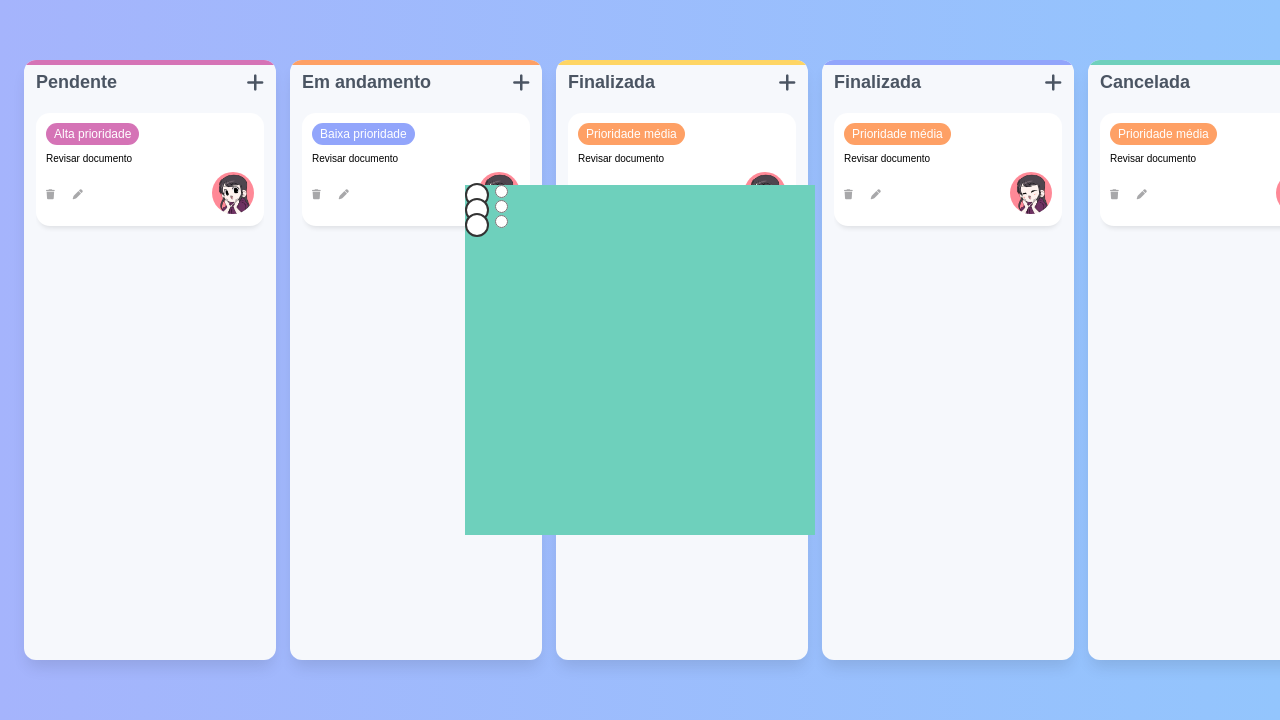
Repository: Marinalr-25/ProjetoToDoList
Page: index.html
An editor plug-in stored every save of this project. The page is shown before and after the next save, followed by the edit.
The browser window is 1280 px wide. The pictures show the whole page.
Some web fonts or font styles are not loaded; a fallback is used. Some web libraries are served in a nearby version.

Above is the page before, as saved 2024-10-31 15:43:18.

### index.html
<!DOCTYPE html>
<html lang="pt-BR">
  <head>
    <meta charset="UTF-8" />
    <meta name="viewport" content="width=device-width, initial-scale=1.0" />
    <link rel="preconnect" href="https://fonts.googleapis.com" />
    <link rel="preconnect" href="https://fonts.gstatic.com" crossorigin />
    <link
      href="https://fonts.googleapis.com/css2?family=Playpen+Sans:wght@100..800&family=Roboto:ital,wght@0,100;0,300;0,400;0,500;0,700;0,900;1,100;1,300;1,400;1,500;1,700;1,900&display=swap"
      rel="stylesheet"
    />
    <link
      rel="stylesheet"
      href="https://cdnjs.cloudflare.com/ajax/libs/font-awesome/6.6.0/css/all.min.css"
      integrity="sha512-Kc323vGBEqzTmouAECnVceyQqyqdsSiqLQISBL29aUW4U/M7pSPA/gEUZQqv1cwx4OnYxTxve5UMg5GT6L4JJg=="
      crossorigin="anonymous"
      referrerpolicy="no-referrer"
    />
    <link rel="stylesheet" href="css/style.css" />
    <title>Suas tarefas</title>
  </head>
  <body>
    <main class="kanban">
      <!-- coluna 1 -->
      <div class="kanban-column" data-id="1">
        <div class="kanban-title">
          <h2>Pendente</h2>
          <button class="add-card"><i class="fa-solid fa-plus"></i></button>
        </div>
        <div class="kanban-cards">
          <div class="kanban-card" draggable="true">
            <div class="badge high">
              <span>Alta prioridade</span>
            </div>
            <p class="card-title">Revisar documento</p>
            <div class="card-infos">
              <div class="card-icons">
                <p>
                  <i class="fa-solid fa-trash"></i>
                </p>
                <p>
                  <i class="fa-solid fa-pen"></i>
                </p>
              </div>
              <div class="user">
                <img src="images/iconePerfil1.png" alt="avatar1" />
              </div>
            </div>
          </div>
        </div>
      </div>
      <!-- coluna 2 -->
      <div class="kanban-column" data-id="2">
        <div class="kanban-title">
          <h2>Em andamento</h2>
          <button class="add-card"><i class="fa-solid fa-plus"></i></button>
        </div>
        <div class="kanban-cards">
          <div class="kanban-card" draggable="true">
            <div class="badge low">
              <span>Baixa prioridade</span>
            </div>
            <p class="card-title">Revisar documento</p>
            <div class="card-infos">
              <div class="card-icons">
                <p>
                  <i class="fa-solid fa-trash"></i>
                </p>
                <p>
                  <i class="fa-solid fa-pen"></i>
                </p>
              </div>
              <div class="user">
                <img src="images/iconePerfil2.png" alt="avatar2" />
              </div>
            </div>
          </div>
        </div>
      </div>
      <!-- coluna 3 -->
      <div class="kanban-column" data-id="3">
        <div class="kanban-title">
          <h2>Finalizada</h2>
          <button class="add-card"><i class="fa-solid fa-plus"></i></button>
        </div>
        <div class="kanban-cards">
          <div class="kanban-card" draggable="true">
            <div class="badge medium">
              <span>Prioridade média</span>
            </div>
            <p class="card-title">Revisar documento</p>
            <div class="card-infos">
              <div class="card-icons">
                <p>
                  <i class="fa-solid fa-trash"></i>
                </p>
                <p>
                  <i class="fa-solid fa-pen"></i>
                </p>
              </div>
              <div class="user">
                <img src="images/iconePerfil2.png" alt="avatar2" />
              </div>
            </div>
          </div>
        </div>
      </div>
      <!-- coluna 4 -->
      <div class="kanban-column" data-id="4">
        <div class="kanban-title">
          <h2>Finalizada</h2>
          <button class="add-card"><i class="fa-solid fa-plus"></i></button>
        </div>
        <div class="kanban-cards">
          <div class="kanban-card" draggable="true">
            <div class="badge medium">
              <span>Prioridade média</span>
            </div>
            <p class="card-title">Revisar documento</p>
            <div class="card-infos">
              <div class="card-icons">
                <p>
                  <i class="fa-solid fa-trash"></i>
                </p>
                <p>
                  <i class="fa-solid fa-pen"></i>
                </p>
              </div>
              <div class="user">
                <img src="images/iconePerfil2.png" alt="avatar2" />
              </div>
            </div>
          </div>
        </div>
      </div>
      <!-- coluna 5 -->
      <div class="kanban-column" data-id="5">
        <div class="kanban-title">
          <h2>Cancelada</h2>
          <button class="add-card"><i class="fa-solid fa-plus"></i></button>
        </div>
        <div class="kanban-cards">
          <div class="kanban-card" draggable="true">
            <div class="badge medium">
              <span>Prioridade média</span>
            </div>
            <p class="card-title">Revisar documento</p>
            <div class="card-infos">
              <div class="card-icons">
                <p>
                  <i class="fa-solid fa-trash"></i>
                </p>
                <p>
                  <i class="fa-solid fa-pen"></i>
                </p>
              </div>
              <div class="user">
                <img src="images/iconePerfil2.png" alt="avatar2" />
              </div>
            </div>
          </div>
        </div>
      </div>

      <div class="adicionando">
        <div class="custom_radio">
          <label for="prioridade"></label>
          <input
            type="radio"
            name="prioridade"
            id="prioridade"
            placeholder="Alta prioridade"
          />
        </div>
        <div class="custom_radio">
          <label for="prioridade"></label>
          <input
            type="radio"
            name="prioridade"
            id="prioridade"
            placeholder="Alta prioridade"
          />
        </div>
        <div class="custom_radio">
          <label for="prioridade"></label>
          <input
            type="radio"
            name="prioridade"
            id="prioridade"
            placeholder="Alta prioridade"
          />
        </div>
      </div>
    </main>
    <script src="javascript/script.js"></script>
  </body>
</html>

### css/style.css
* {
  padding: 0;
  margin: 0;
  box-sizing: border-box;
}

*::-webkit-scrollbar {
  width: 0.8rem;
}

*::-webkit-scrollbar-track {
  background-color: #eaeffa;
  border-radius: 0.8rem;
}
*::-webkit-scrollbar-thumb {
  background-color: #b7d3fb;
  border-radius: 2rem;
}

html {
  font-size: 62.5%;
}

body {
  font-family: 'Playpen Sans', sans-serif;
  min-height: 100vh;
  display: flex;
  justify-content: center;
  align-items: center;
  background: linear-gradient(90deg, #a5b4fc, #93c5fd);
}

.kanban {
  display: flex;
  gap: 1.4rem;
  padding: 2.4rem;
  width: 100%;
  height: 90vh;
  overflow-x: auto;
}

.kanban-column {
  display: flex;
  flex-direction: column;
  gap: 1.8rem;
  height: 100%;
  overflow-y: auto;
  background-color: #f6f8fc;
  border-radius: 1.2rem;
  box-shadow: 0 1rem 1.5rem -0.3rem rgba(0, 0, 0, 0.1);
  padding: 1.2rem;
  overflow: hidden;
  min-width: 25.2rem;
  position: relative;

  &::after {
    position: absolute;
    content: '';
    top: 0;
    left: 0;
    height: 0.5rem;
    width: 100%;
  }
  &[data-id='1']::after {
    background-color: #d573b6;
  }
  &[data-id='2']::after {
    background-color: #fea065;
  }
  &[data-id='3']::after {
    background-color: #fed565;
  }
  &[data-id='4']::after {
    background-color: #92a5fb;
  }
  &[data-id='5']::after {
    background-color: #6ed0bc;
  }
}

.kanban-title {
  display: flex;
  justify-content: space-between;

  & h2 {
    font-size: 1.8rem;
    color: #4b5563;
    font-weight: 600;
  }
}

.add-card {
  color: #4b5563;
  font-size: 2rem;
  background-color: transparent;
  cursor: pointer;
  border: none;
}

.kanban-cards {
  display: flex;
  flex-direction: column;
  gap: 0.8rem;
  height: 100%;
  overflow-x: hidden;
  overflow-y: auto;
}

.kanban-card {
  display: flex;
  flex-direction: column;
  gap: 0.8rem;
  background-color: #ffffff;
  padding: 1rem;
  border-radius: 1.4rem;
  box-shadow: 0 0.5rem 0.5rem -0.3rem rgba(0, 0, 0, 0.1);
  cursor: pointer;
}

.badge {
  color: #ffffff;
  width: fit-content;
  font-size: 1.2rem;
  padding: 0.4rem 0.8rem;
  border-radius: 1.2rem;

  &.high {
    background-color: #d573b6;
  }
  &.medium {
    background-color: #fea065;
  }
  &.low {
    background-color: #92a5fb;
  }
}

.dragging {
  opacity: 0.5;
}

.card-infos {
  display: flex;
  justify-content: space-between;
  align-items: center;
}
.card-icons {
  display: flex;
  gap: 1.8rem;
  & i {
    color: #a8a8aa;
  }
}

.cards-hover {
  background-color: #eaeffa;
  border-radius: 0.8rem;
}

.user img {
  width: 4.2rem;
  height: 4.2rem;
  border-radius: 100%;
  object-fit: cover;
}

.adicionando {
  position: fixed;
  top: 50%;
  left: 50%;
  transform: translate(-50%, -50%);
  width: 35rem;
  height: 35rem;
  background-color: #6ed0bc;
}

.input[type='radio'] {
  display: none;
}

label {
  position: relative;
  padding-left: 3rem;
  cursor: pointer;
}

label::before {
  content: '';
  content: '';
  position: absolute;
  left: 0;
  top: 50%;
  transform: translateY(-50%);
  width: 20px;
  height: 20px;
  border: 2px solid #333; /* Cor da borda do círculo */
  border-radius: 50%;
  background-color: #fff; /* Cor do fundo do círculo */
  transition: background-color 0.3s ease;
}

input[type='radio']:checked + label::before {
  background-color: #333;
}

### javascript/script.js
document.addEventListener('DOMContentLoaded', function () {
  const cards = document.querySelectorAll('.kanban-card');
  const colunas = document.querySelectorAll('.kanban-cards');
  const mais = document.querySelectorAll('.fa-solid.fa-plus');
  console.log(mais);
  let dragCard = null;

  cards.forEach((card) => {
    card.addEventListener('dragstart', (e) => {
      dragCard = card;
      e.currentTarget.classList.add('dragging');
    });
    card.addEventListener('dragend', (e) => {
      e.currentTarget.classList.remove('dragging');
      dragCard = null;
    });
  });

  colunas.forEach((coluna) => {
    coluna.addEventListener('dragover', (e) => {
      e.preventDefault();
      e.currentTarget.classList.add('cards-hover');
    });
    coluna.addEventListener('dragleave', (e) => {
      e.currentTarget.classList.remove('cards-hover');
    });
    coluna.addEventListener('drop', (e) => {
      e.preventDefault();
      e.currentTarget.classList.remove('cards-hover');
      if (dragCard) {
        e.currentTarget.appendChild(dragCard);
      }
    });
  });

  mais.forEach((adicionar) => {
    adicionar.addEventListener;
  });
});

After the next save:
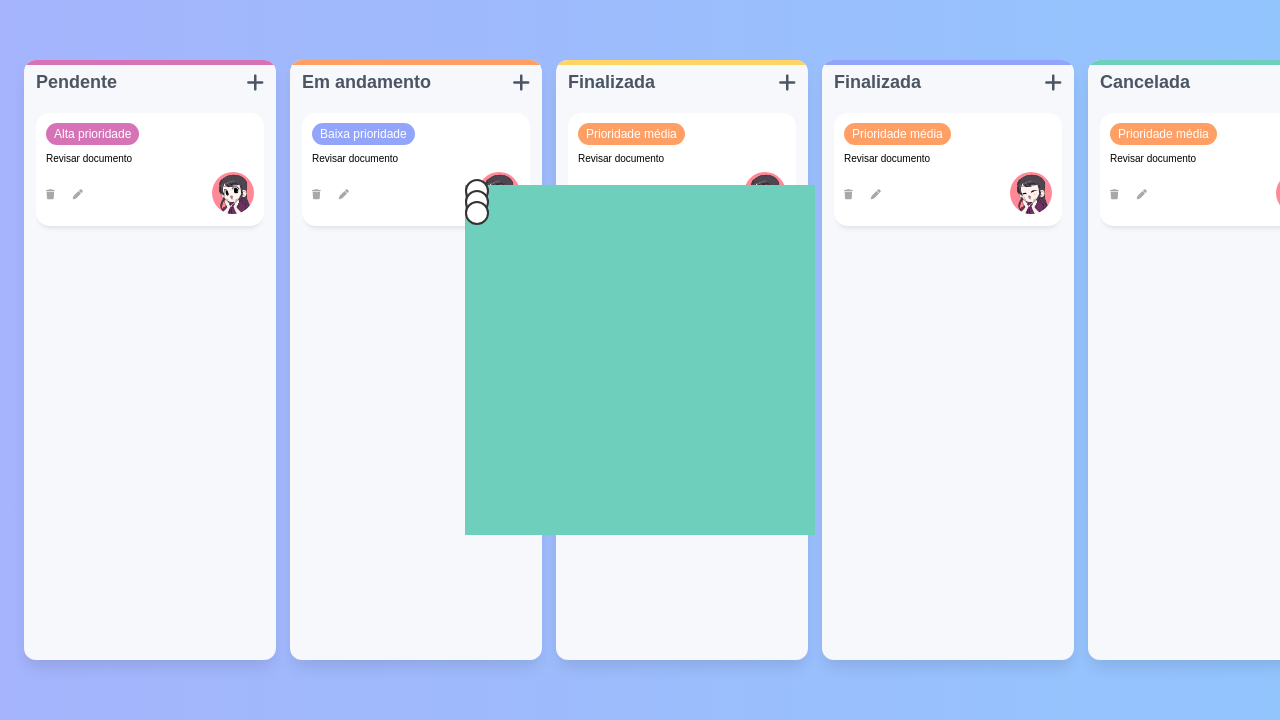
Saved 3 s later.
--- a/css/style.css
+++ b/css/style.css
@@ -174,7 +174,7 @@ body {
   background-color: #6ed0bc;
 }
 
-.input[type='radio'] {
+input[type='radio'] {
   display: none;
 }
 
